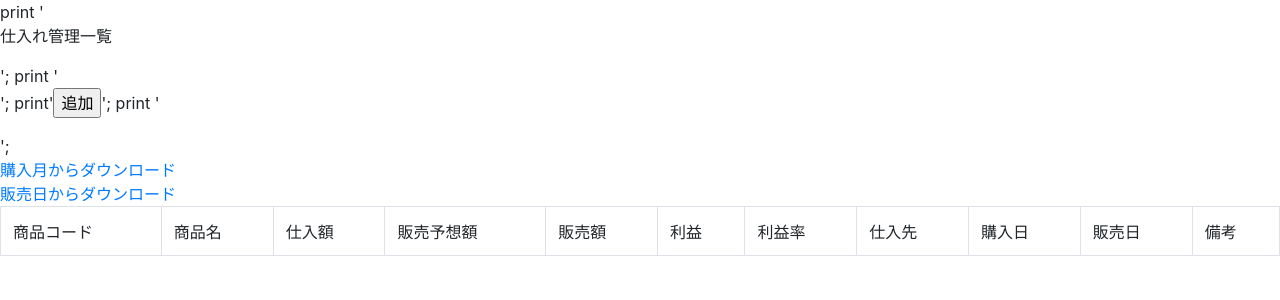
Repository: hayashikazuki/quroud9
Page: http://localhost/hurugi_keisan/product/hurugi_list.php
The author's editor kept a record of every edit. The page is drawn from the files as they stood at one moment, then again after the next edit.
The browser window is 1280 px wide. The pictures show the whole page.
The page is run by PHP 8.4 with error messages shown; the project is at /var/www/html/. Queries for data that is not in the repository find no rows.

Above is the page before.

After the next edit:
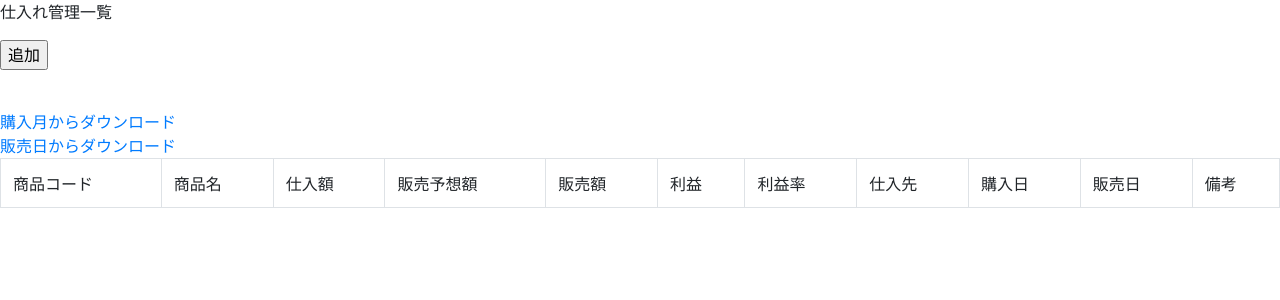
The edit:
--- a/hurugi_keisan/product/hurugi_list.php
+++ b/hurugi_keisan/product/hurugi_list.php
@@ -25,10 +25,10 @@
 
     ?>
 
-    print '<p>仕入れ管理一覧</p>';
-    print '<form method="post" action="hurugi_branch.php">';
-    print'<input type="submit" value="追加" name="add">';
-    print '</form>';
+    <p>仕入れ管理一覧</p>
+    <form method="post" action="hurugi_branch.php">
+        <input type="submit" value="追加" name="add">
+    </form>
 
     <br />
     <a href="hurugi_download.php">購入月からダウンロード</a>
